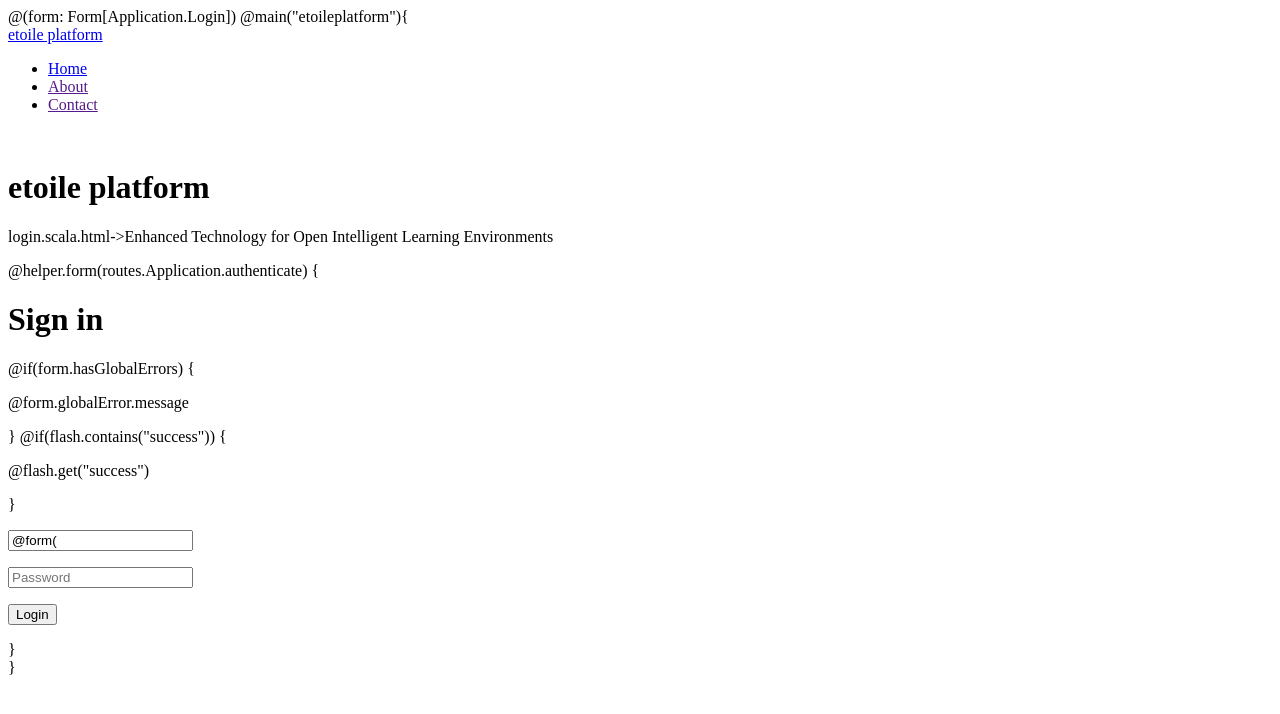
Repository: lopesdasilva/etoile
Page: etoile-play/.target/views/login.scala.html
An editor plug-in stored every save of this project. The page is shown before and after the next save, followed by the edit.
The browser window is 1280 px wide. The pictures show the whole page.

Above is the page before, as saved 2012-10-23 19:45:46.

### etoile-play/.target/views/login.scala.html
@(form: Form[Application.Login])
@main("etoileplatform"){

<div class="navbar navbar-inverse navbar-fixed-top">
      <div class="navbar-inner">
        <div class="container">
          <a class="btn btn-navbar" data-toggle="collapse" data-target=".nav-collapse">
            <span class="icon-bar"></span>
            <span class="icon-bar"></span>
            <span class="icon-bar"></span>
          </a>
          <a class="brand" href="#">etoile platform</a>
          <div class="nav-collapse collapse">
            <ul class="nav">
              <li class="active"><a href="/">Home</a></li>
              <li><a href=""about">About</a></li>
              <li><a href=""contact">Contact</a></li>
            </ul>
            <form class="navbar-form pull-right">
             <!--<a href="#loginModal" role="button" class="btn btn-primary" data-toggle="modal">Login</a>-->



            </form>
          </div><!--/.nav-collapse -->
        </div>
      </div>
    </div>


 <br>
<div class="hero-unit">
	<h1>etoile platform</h1>
	<p>login.scala.html->Enhanced Technology for Open Intelligent Learning Environments</p>
	 <!--<p><a class="btn btn-primary btn-large">Learn more &raquo;</a></p>-->
	 <div class="modal-body">

        @helper.form(routes.Application.authenticate) {

            <h1>Sign in</h1>

            @if(form.hasGlobalErrors) {
                <p class="error">
                    @form.globalError.message
                </p>
            }

            @if(flash.contains("success")) {
                <p class="success">
                    @flash.get("success")
                </p>
            }

            <p>
                <input type="email" name="email" placeholder="Email" value="@form("username").value">
            </p>
            <p>
                <input type="password" name="password" placeholder="Password">
            </p>
            <p>
                <button class="btn btn-primary" type="submit">Login</button>
            </p>

        }
</div>

</div>


}

After the next save:
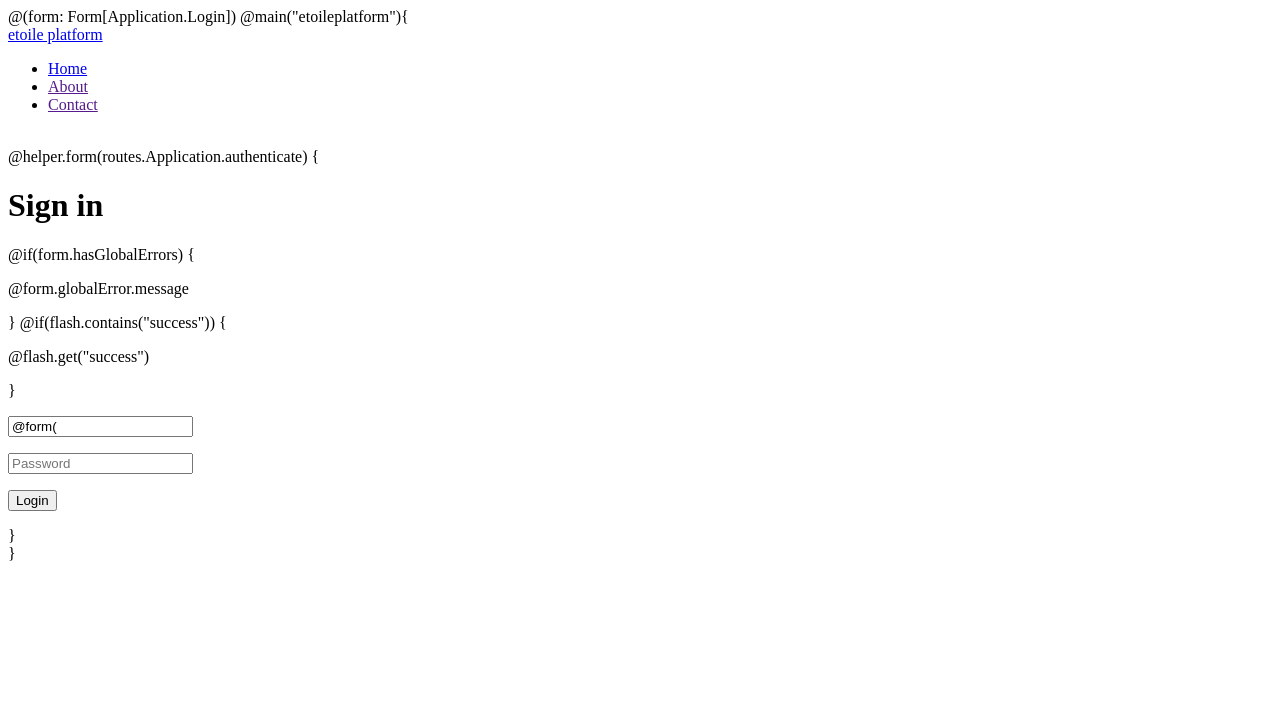
Saved 72 s later.
--- a/etoile-play/.target/views/login.scala.html
+++ b/etoile-play/.target/views/login.scala.html
@@ -29,10 +29,7 @@
 
 
  <br>
-<div class="hero-unit">
-	<h1>etoile platform</h1>
-	<p>login.scala.html->Enhanced Technology for Open Intelligent Learning Environments</p>
-	 <!--<p><a class="btn btn-primary btn-large">Learn more &raquo;</a></p>-->
+
 	 <div class="modal-body">
 
         @helper.form(routes.Application.authenticate) {
@@ -64,7 +61,5 @@
         }
 </div>
 
-</div>
-
 
 }
